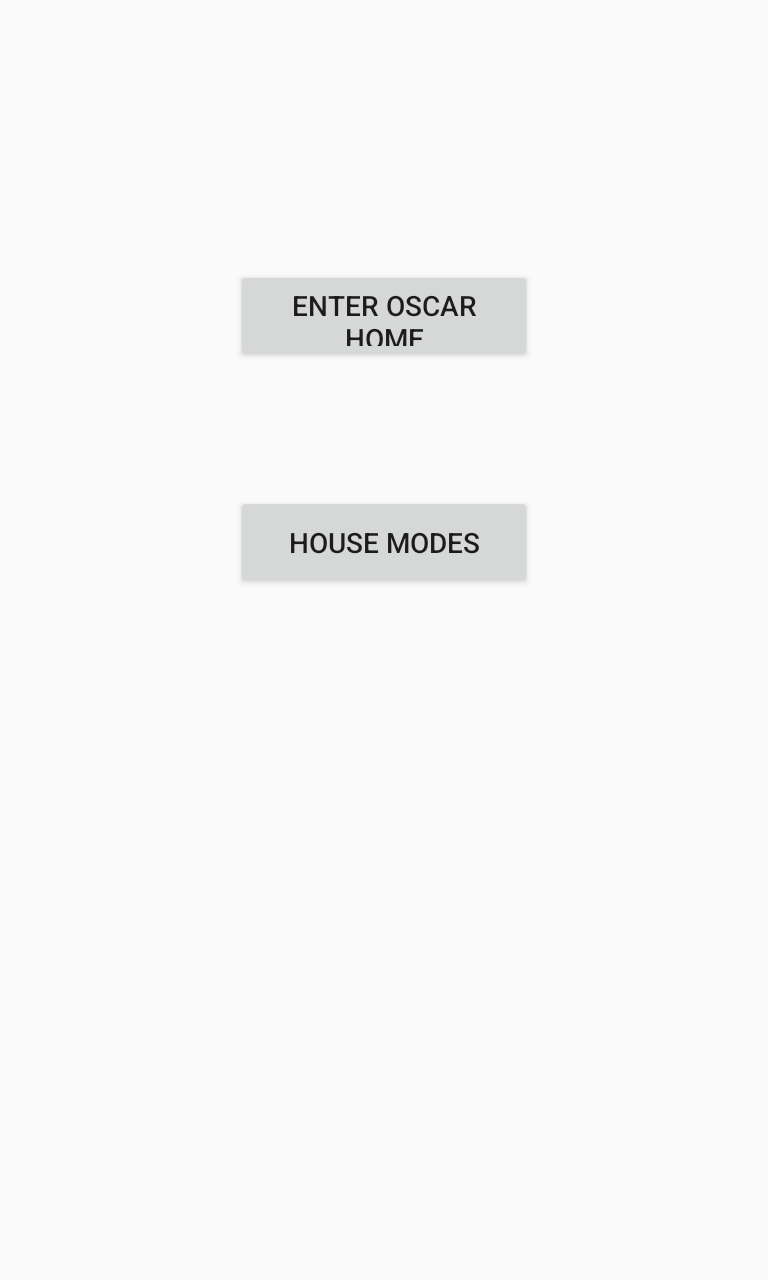
Repository: LogInc/oscar_app
Layout: Android/Oscar/res/layout/activity_home.xml
An editor plug-in stored every save of this project. The layout is shown before and after a run of saves, followed by the edit.
It is drawn on a 768 x 1280 px phone screen (xhdpi) without system bars, with theme AppTheme; the app's code is not run.

Above is the layout before, as saved 2015-02-19 14:00:01.

### Android/Oscar/res/layout/activity_home.xml
<RelativeLayout xmlns:android="http://schemas.android.com/apk/res/android"
    xmlns:tools="http://schemas.android.com/tools"
    android:layout_width="match_parent"
    android:layout_height="match_parent"
    tools:context="${relativePackage}.${activityClass}" >

    <Button
        android:id="@+id/modes"
        android:layout_width="150dp"
        android:layout_height="50dp"
        android:layout_below="@+id/oscarHouse"
        android:layout_centerHorizontal="true"
        android:layout_marginTop="63dp"
        android:text="@string/Modes" />

    <Button
        android:id="@+id/oscarHouse"
        android:layout_width="150dp"
        android:layout_height="50dp"
        android:layout_alignLeft="@+id/modes"
        android:layout_alignParentTop="true"
        android:layout_marginTop="133dp"
        android:text="@string/OscarHouse" />

</RelativeLayout>

### Android/Oscar/res/values/strings.xml
<?xml version="1.0" encoding="utf-8"?>
<resources>

    <string name="app_name">Oscar</string>
    <string name="title_activity_login">Login</string>
    <string name="hello_world">Hello world!</string>
    <string name="Password">Password</string>
    <string name="Username">Username</string>
    <string name="SignIn">Sign In</string>
    <string name="title_activity_home">Home</string>
    <string name="Modes">House Modes</string>
    <string name="OscarHouse">Enter Oscar Home</string>

</resources>

Loaded but not shown: Android/Oscar/res/values/styles.xml (common file); Android/Oscar/res/values-v11/styles.xml (common file); Android/Oscar/res/values-v14/styles.xml (common file)

After the next 2 saves:
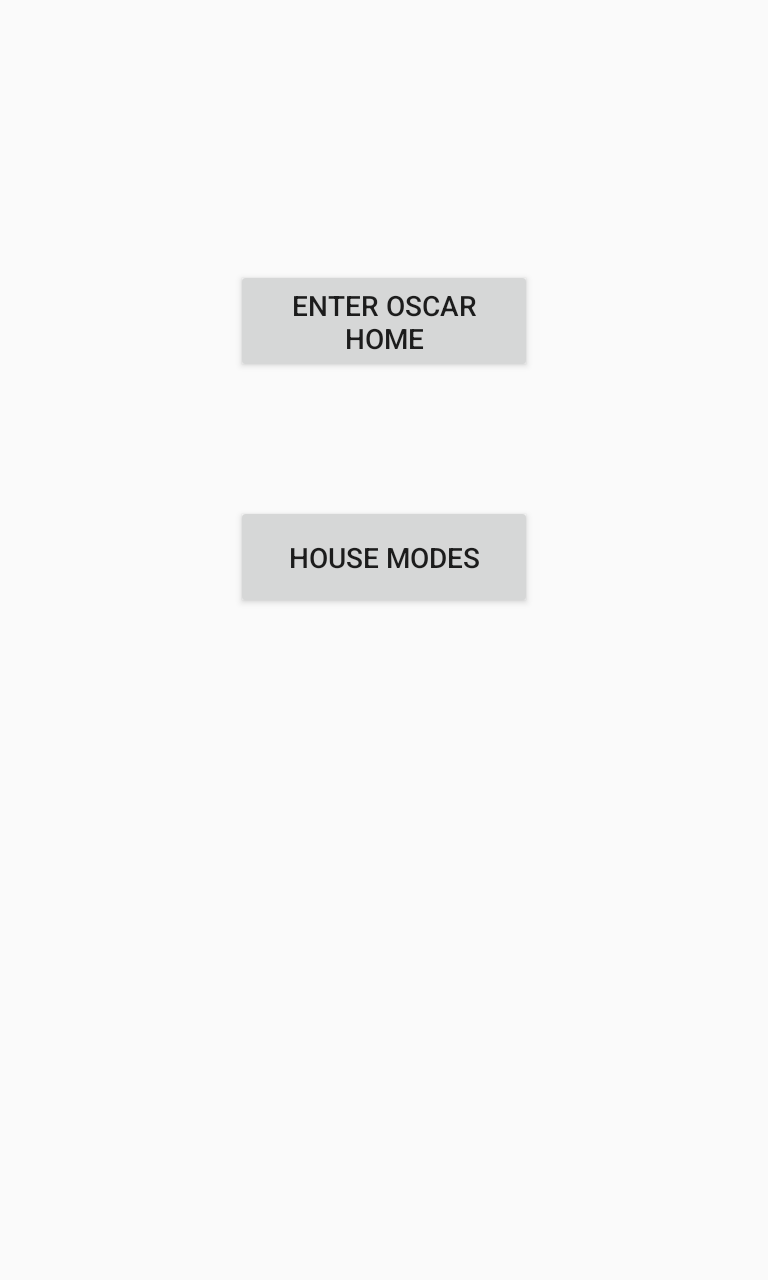
The 2 saves are shown as one change because they came seconds apart.
The last was saved 56 s later.
--- a/Android/Oscar/res/layout/activity_home.xml
+++ b/Android/Oscar/res/layout/activity_home.xml
@@ -7,7 +7,7 @@
     <Button
         android:id="@+id/modes"
         android:layout_width="150dp"
-        android:layout_height="50dp"
+        android:layout_height="55dp"
         android:layout_below="@+id/oscarHouse"
         android:layout_centerHorizontal="true"
         android:layout_marginTop="63dp"
@@ -16,7 +16,7 @@
     <Button
         android:id="@+id/oscarHouse"
         android:layout_width="150dp"
-        android:layout_height="50dp"
+        android:layout_height="55dp"
         android:layout_alignLeft="@+id/modes"
         android:layout_alignParentTop="true"
         android:layout_marginTop="133dp"
